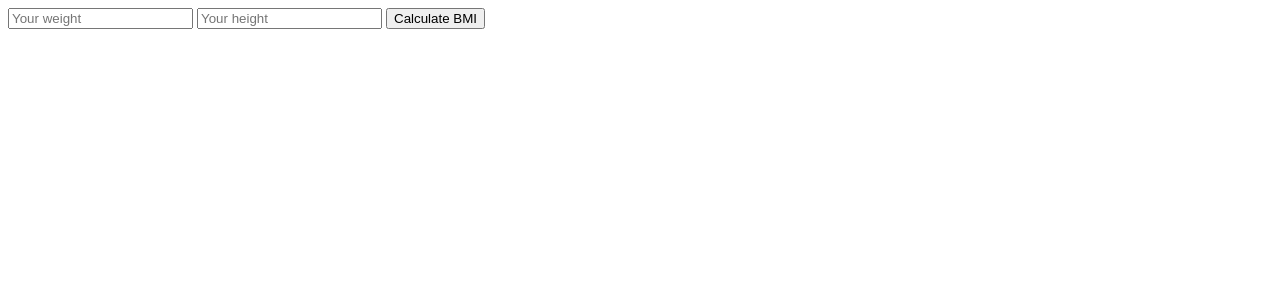
Repository: yoriss67/Folder-The-Complete-2023Web-Development-Bootcamp
Page: Calculator/bmiCalculator.html
An editor plug-in stored every save of this project. The page is shown before and after a run of saves, followed by the edit.
The browser window is 1280 px wide. The pictures show the whole page.

Above is the page before, as saved 2022-12-23 10:36:41.

### Calculator/bmiCalculator.html
<!DOCTYPE html>
<html lang="en">
<head>
    <meta charset="UTF-8">
    <meta http-equiv="X-UA-Compatible" content="IE=edge">
    <meta name="viewport" content="width=device-width, initial-scale=1.0">
    <title>BMI Calculator</title>
</head>
<body>

    <form action="/bmicalculator" method="post">
        <!-- 👩‍🎓name は variable的な -->
        <input type="text" name="weight" placeholder="Your weight">
        <input type="text" name="height" placeholder="Your height">
        <button type="submit" name="submit">Calculate BMI</button>
    </form>

</body>
</html>

After the next 2 saves:
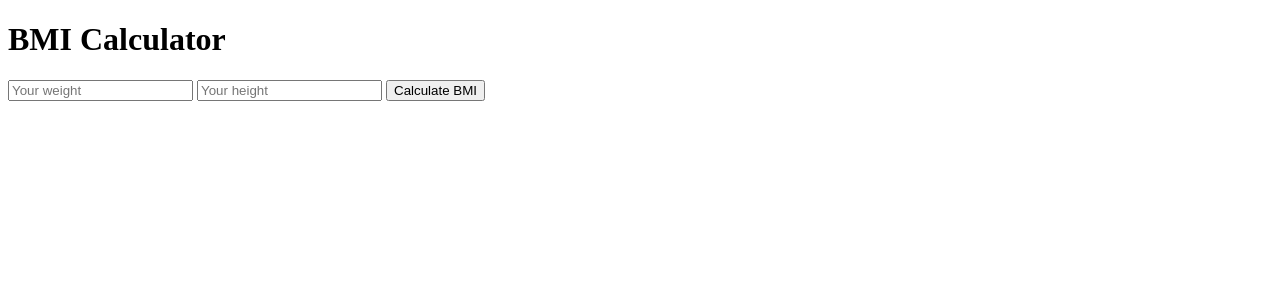
The 2 saves are shown as one change because they came seconds apart.
The last was saved 8 s later.
--- a/Calculator/bmiCalculator.html
+++ b/Calculator/bmiCalculator.html
@@ -7,7 +7,7 @@
     <title>BMI Calculator</title>
 </head>
 <body>
-
+    <h1>BMI Calculator</h1>
     <form action="/bmicalculator" method="post">
         <!-- 👩‍🎓name は variable的な -->
         <input type="text" name="weight" placeholder="Your weight">
